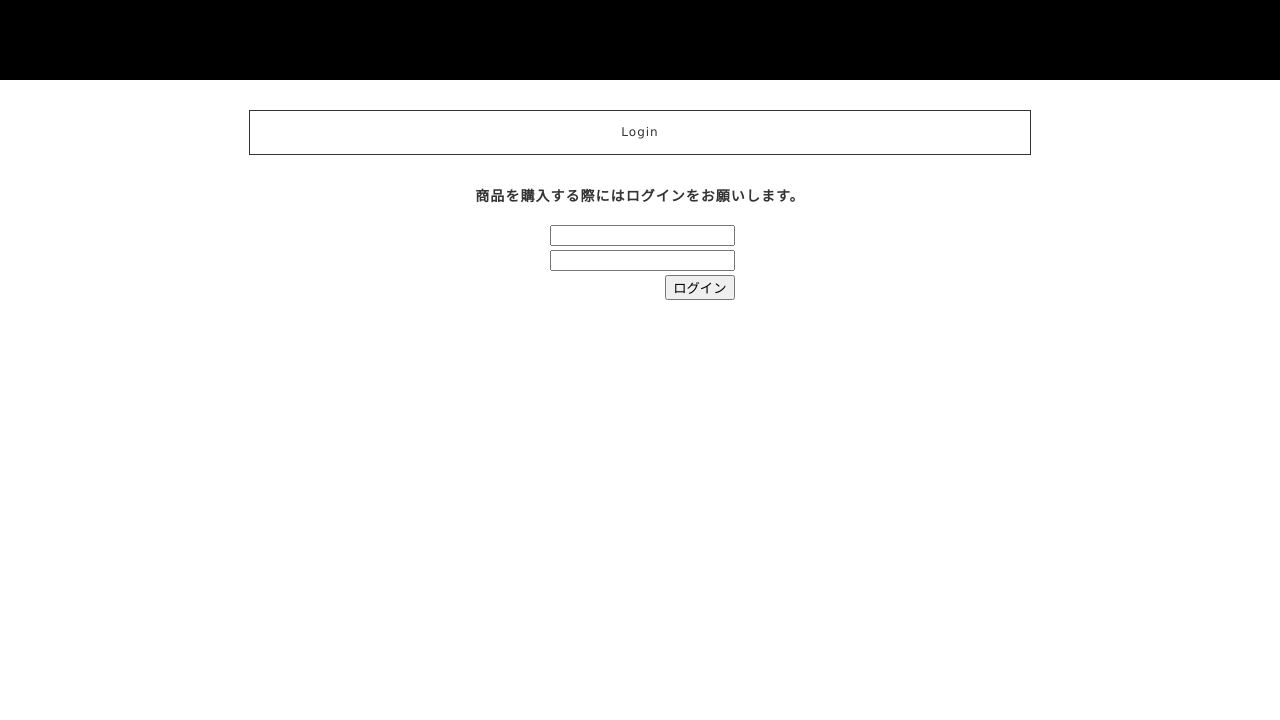
Repository: masa0308/backup
Page: http://localhost/template/HomeAction.action
An editor plug-in stored every save of this project. The page is shown before and after the next save, followed by the edit.
The browser window is 1280 px wide. The pictures show the whole page.
The page is served by Tomcat 9.

Above is the page before, as saved 2017-12-13 12:02:00.

After the next save:
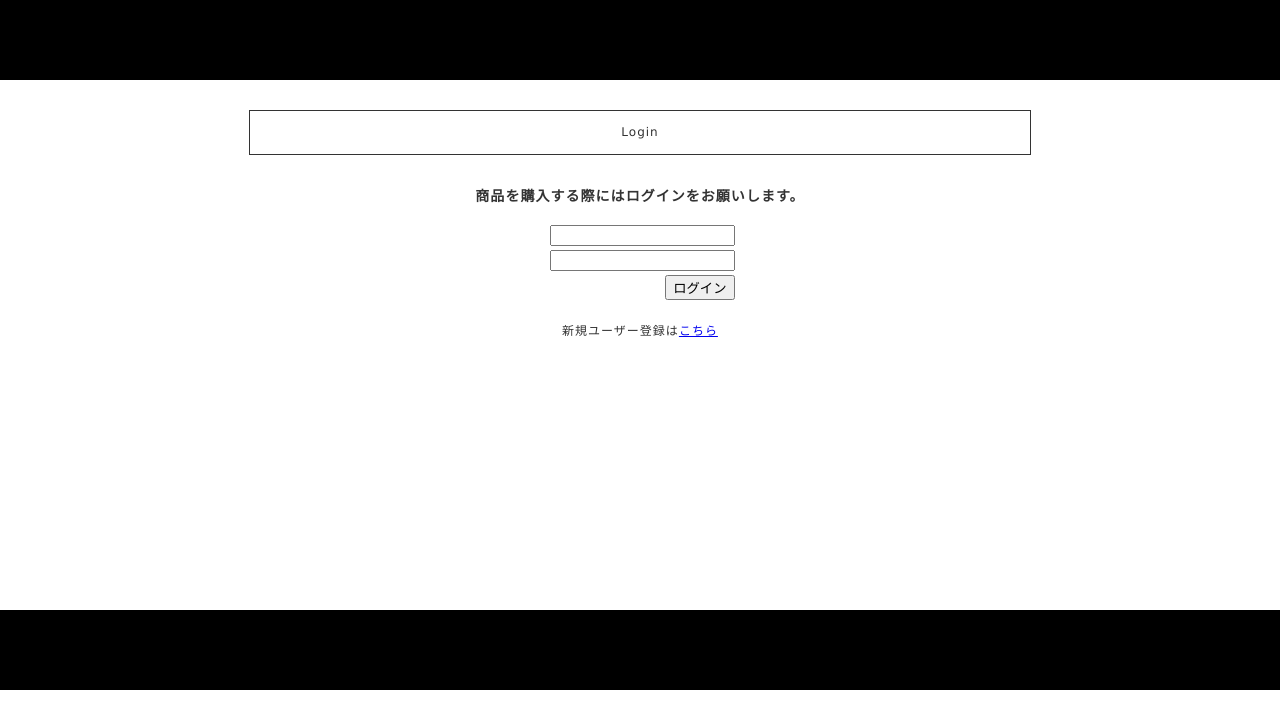
Saved 7 min 22 s later.
--- a/Java写経/workspace/template/template/WebContent/login.jsp
+++ b/Java写経/workspace/template/template/WebContent/login.jsp
@@ -70,11 +70,15 @@
    <s:password name="loginPassword"/>
    <s:submit value="ログイン"/>
   </s:form>
-
+  <br/>
+  <div>
+   <span>新規ユーザー登録は<a href='<s:url action="UserCreateAction" />'>こちら</a></span>
+  </div>
  </div>
-
-
-
+</div>
+<div id="footer">
+ <div id="pr">
  </div>
+</div>
 </body>
 </html>
